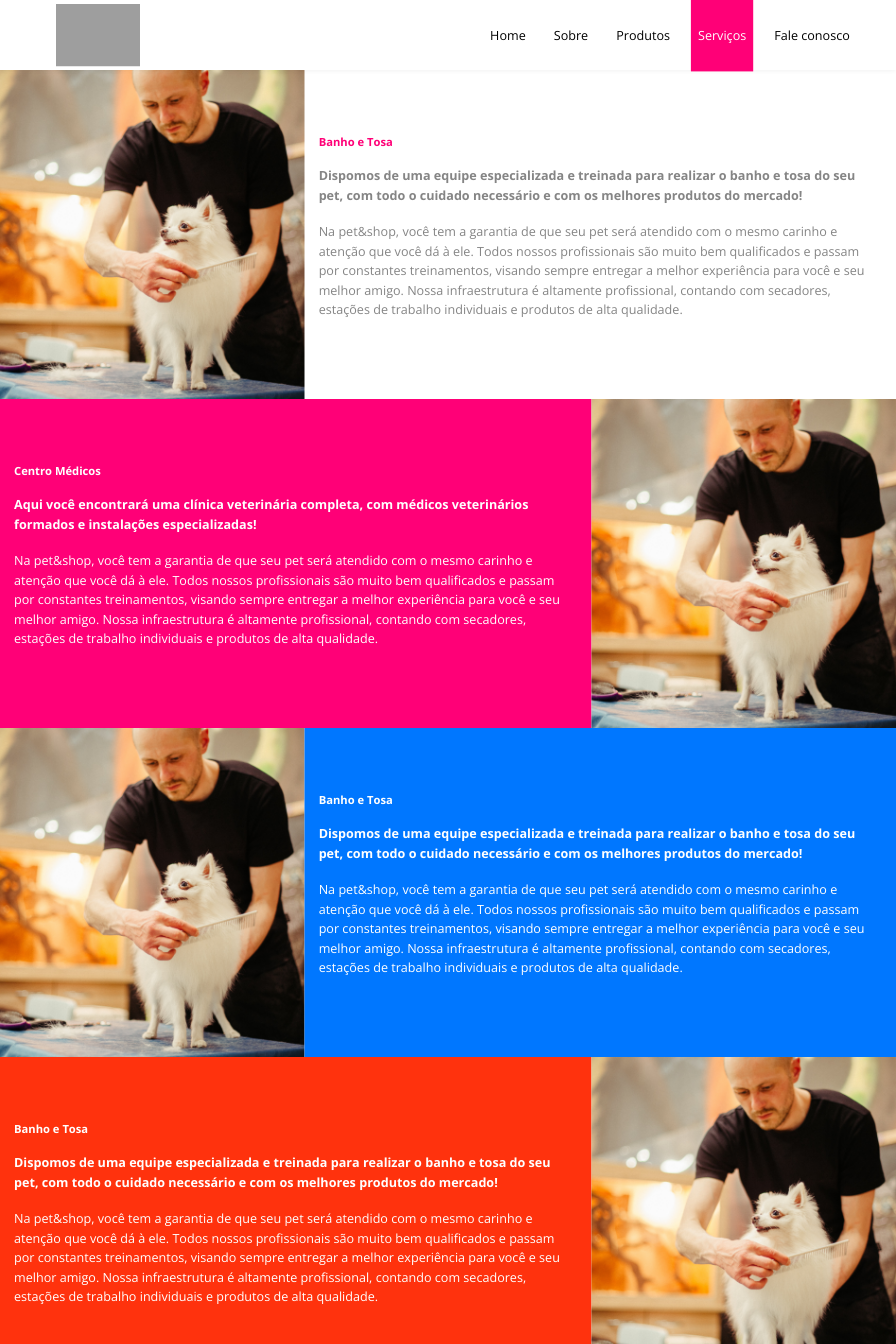
Repository: EzequielKaiber/pet-e-shop
Page: servicos.html
These files come from the project's save history. The page is drawn as it stood at one moment and after the next save; the edit follows.
The browser window is 1280 px wide. The pictures show the part of the page from y = 0 to 1920 px (the page is 3884 px tall), at 70% of full size.
Pictures or frames that could not be fetched are drawn as grey boxes.

Above is the page before, as saved 2022-04-26 13:07:38.

### servicos.html
<!DOCTYPE html>
<html lang="en">
<head>
    <meta charset="UTF-8">
    <meta http-equiv="X-UA-Compatible" content="IE=edge">
    <meta name="viewport" content="width=device-width, initial-scale=1.0">
    <title>Produtos</title>
    <link rel="stylesheet" href="css/header.css">
    <link rel="stylesheet" href="css/style.css">
    <link rel="stylesheet" href="css/footer.css">
    <link href="https://fonts.googleapis.com/css2?family=Open+Sans:wght@400;700&display=swap" rel="stylesheet">
</head>
<body class="page-servios">
    <header>
        <div class="container">
            <div class="header-itens">
                <a href="./">
                    <div class="logo" style="background-image: url(img/logo-colored.svg);"></div>
                </a>
                <nav class="menu">
                    <ul>
                        <li>
                            <a href="./index.html">Home</a>
                        </li>
                        <li>
                            <a href="./sobre.html">Sobre</a>
                        </li>
                        <li>
                            <a href="./produtos.html">Produtos</a>
                        </li>
                        <li class="active">
                            <a href="./servicos.html">Serviços</a>
                        </li>
                        <li>
                            <a href="./fale-conosco.html">Fale conosco</a>
                        </li>
                    </ul>
                </nav>
            </div>
        </div>
    </header>
    <div class="servios-list">
        <div class="list-item">
            <div class="left">
                <div class="image" style="background-image: url(img/Serviços/bath-and-groom.jpg);"></div>
            </div>
            <div class="right">
                <h2>Banho e Tosa</h2>
                <p><b>Dispomos de uma equipe especializada e treinada para realizar o banho e tosa do seu pet,
                    com todo o cuidado necessário e com os melhores produtos do mercado!</b></p>
                <p>
                    Na pet&shop, você tem a garantia de que seu pet será atendido com o mesmo carinho e atenção
                    que você dá à ele. Todos nossos profissionais são muito bem qualificados e passam por
                    constantes treinamentos, visando sempre entregar a melhor experiência para você e seu melhor
                    amigo. Nossa infraestrutura é altamente profissional, contando com secadores, estações de
                    trabalho individuais e produtos de alta qualidade.
                </p>
            </div>
        </div>
        <div class="list-item">
            <div class="right rosa white">
                <h2>Centro Médicos</h2>
                <p><b>Aqui você encontrará uma clínica veterinária completa, com médicos veterinários formados e instalações especializadas!</b></p>
                <p>
                    Na pet&shop, você tem a garantia de que seu pet será atendido com o mesmo carinho e atenção
                    que você dá à ele. Todos nossos profissionais são muito bem qualificados e passam por
                    constantes treinamentos, visando sempre entregar a melhor experiência para você e seu melhor
                    amigo. Nossa infraestrutura é altamente profissional, contando com secadores, estações de
                    trabalho individuais e produtos de alta qualidade.
                </p>
            </div>
            <div class="left">
                <div class="image" style="background-image: url(img/Serviços/bath-and-groom.jpg);"></div>
            </div>
        </div>
        <div class="list-item">
            <div class="left">
                <div class="image" style="background-image: url(img/Serviços/bath-and-groom.jpg);"></div>
            </div>
            <div class="right azul white">
                <h2>Banho e Tosa</h2>
                <p><b>Dispomos de uma equipe especializada e treinada para realizar o banho e tosa do seu pet,
                    com todo o cuidado necessário e com os melhores produtos do mercado!</b></p>
                <p>
                    Na pet&shop, você tem a garantia de que seu pet será atendido com o mesmo carinho e atenção
                    que você dá à ele. Todos nossos profissionais são muito bem qualificados e passam por
                    constantes treinamentos, visando sempre entregar a melhor experiência para você e seu melhor
                    amigo. Nossa infraestrutura é altamente profissional, contando com secadores, estações de
                    trabalho individuais e produtos de alta qualidade.
                </p>
            </div>
        </div>
        <div class="list-item">
            <div class="right vermelho white">
                <h2>Banho e Tosa</h2>
                <p><b>Dispomos de uma equipe especializada e treinada para realizar o banho e tosa do seu pet,
                    com todo o cuidado necessário e com os melhores produtos do mercado!</b></p>
                <p>
                    Na pet&shop, você tem a garantia de que seu pet será atendido com o mesmo carinho e atenção
                    que você dá à ele. Todos nossos profissionais são muito bem qualificados e passam por
                    constantes treinamentos, visando sempre entregar a melhor experiência para você e seu melhor
                    amigo. Nossa infraestrutura é altamente profissional, contando com secadores, estações de
                    trabalho individuais e produtos de alta qualidade.
                </p>
            </div>
            <div class="left">
                <div class="image" style="background-image: url(img/Serviços/bath-and-groom.jpg);"></div>
            </div>
        </div>
        <div class="list-item">
            <div class="left">
                <div class="image" style="background-image: url(img/Serviços/bath-and-groom.jpg);"></div>
            </div>
            <div class="right roxo white">
                <h2>Banho e Tosa</h2>
                <p><b>Dispomos de uma equipe especializada e treinada para realizar o banho e tosa do seu pet,
                    com todo o cuidado necessário e com os melhores produtos do mercado!</b></p>
                <p>
                    Na pet&shop, você tem a garantia de que seu pet será atendido com o mesmo carinho e atenção
                    que você dá à ele. Todos nossos profissionais são muito bem qualificados e passam por
                    constantes treinamentos, visando sempre entregar a melhor experiência para você e seu melhor
                    amigo. Nossa infraestrutura é altamente profissional, contando com secadores, estações de
                    trabalho individuais e produtos de alta qualidade.
                </p>
            </div>
        </div>
        <div class="list-item">
            <div class="right verde white">
                <h2>Banho e Tosa</h2>
                <p><b>Dispomos de uma equipe especializada e treinada para realizar o banho e tosa do seu pet,
                    com todo o cuidado necessário e com os melhores produtos do mercado!</b></p>
                <p>
                    Na pet&shop, você tem a garantia de que seu pet será atendido com o mesmo carinho e atenção
                    que você dá à ele. Todos nossos profissionais são muito bem qualificados e passam por
                    constantes treinamentos, visando sempre entregar a melhor experiência para você e seu melhor
                    amigo. Nossa infraestrutura é altamente profissional, contando com secadores, estações de
                    trabalho individuais e produtos de alta qualidade.
                </p>
            </div>
            <div class="left">
                <div class="image" style="background-image: url(img/Serviços/bath-and-groom.jpg);"></div>
            </div>
        </div>
        <div class="list-item">
            <div class="left">
                <div class="image" style="background-image: url(img/Serviços/bath-and-groom.jpg);"></div>
            </div>
            <div class="right cinza white">
                <h2>Banho e Tosa</h2>
                <p><b>Dispomos de uma equipe especializada e treinada para realizar o banho e tosa do seu pet,
                    com todo o cuidado necessário e com os melhores produtos do mercado!</b></p>
                <p>
                    Na pet&shop, você tem a garantia de que seu pet será atendido com o mesmo carinho e atenção
                    que você dá à ele. Todos nossos profissionais são muito bem qualificados e passam por
                    constantes treinamentos, visando sempre entregar a melhor experiência para você e seu melhor
                    amigo. Nossa infraestrutura é altamente profissional, contando com secadores, estações de
                    trabalho individuais e produtos de alta qualidade.
                </p>
            </div>
        </div>
    </div>
    <footer>
        <div class="container">
            <div class="footer-itens">
                <div class="footer-item">
                    <h2>pet&shop</h2>
                    <ul>
                        <li class="title">Contato</li>
                        <li>Estrada sem nome, 1234, Sala 0 Bairro - Cidade / UF</li>
                        <li>12345-678</li>
                        <li><a href="tel:(00) 99999-9999">(00) 99999-9999</a></li>
                        <li><a href="mailto:contato@petshop.com.br">contato@petshop.com.br</a></li>
                    </ul>
                </div>
                <div class="footer-item dflex alg-center jcc f-col">
                    <h1>Horário de funcionamento:</h1>
                    <p>De Segunda a Sexta-feira das 9 às 19hs.</p>
                    <p>Aos Sábados das 9 às 18hs.</p>
                </div>
                <div class="footer-item social-items">
                    <h1>Siga-nos</h1>
                    <div class="social">
                        <a href="#">
                            <svg xmlns="http://www.w3.org/2000/svg" viewBox="0 0 320 512"><!--! Font Awesome Pro 6.1.1 by @fontawesome - https://fontawesome.com License - https://fontawesome.com/license (Commercial License) Copyright 2022 Fonticons, Inc. --><path d="M279.14 288l14.22-92.66h-88.91v-60.13c0-25.35 12.42-50.06 52.24-50.06h40.42V6.26S260.43 0 225.36 0c-73.22 0-121.08 44.38-121.08 124.72v70.62H22.89V288h81.39v224h100.17V288z"/></svg>
                        </a>
                        <a href="#">
                            <svg xmlns="http://www.w3.org/2000/svg" viewBox="0 0 448 512"><!--! Font Awesome Pro 6.1.1 by @fontawesome - https://fontawesome.com License - https://fontawesome.com/license (Commercial License) Copyright 2022 Fonticons, Inc. --><path d="M224.1 141c-63.6 0-114.9 51.3-114.9 114.9s51.3 114.9 114.9 114.9S339 319.5 339 255.9 287.7 141 224.1 141zm0 189.6c-41.1 0-74.7-33.5-74.7-74.7s33.5-74.7 74.7-74.7 74.7 33.5 74.7 74.7-33.6 74.7-74.7 74.7zm146.4-194.3c0 14.9-12 26.8-26.8 26.8-14.9 0-26.8-12-26.8-26.8s12-26.8 26.8-26.8 26.8 12 26.8 26.8zm76.1 27.2c-1.7-35.9-9.9-67.7-36.2-93.9-26.2-26.2-58-34.4-93.9-36.2-37-2.1-147.9-2.1-184.9 0-35.8 1.7-67.6 9.9-93.9 36.1s-34.4 58-36.2 93.9c-2.1 37-2.1 147.9 0 184.9 1.7 35.9 9.9 67.7 36.2 93.9s58 34.4 93.9 36.2c37 2.1 147.9 2.1 184.9 0 35.9-1.7 67.7-9.9 93.9-36.2 26.2-26.2 34.4-58 36.2-93.9 2.1-37 2.1-147.8 0-184.8zM398.8 388c-7.8 19.6-22.9 34.7-42.6 42.6-29.5 11.7-99.5 9-132.1 9s-102.7 2.6-132.1-9c-19.6-7.8-34.7-22.9-42.6-42.6-11.7-29.5-9-99.5-9-132.1s-2.6-102.7 9-132.1c7.8-19.6 22.9-34.7 42.6-42.6 29.5-11.7 99.5-9 132.1-9s102.7-2.6 132.1 9c19.6 7.8 34.7 22.9 42.6 42.6 11.7 29.5 9 99.5 9 132.1s2.7 102.7-9 132.1z"/></svg>
                        </a>
                        <a href="#">
                            <svg xmlns="http://www.w3.org/2000/svg" viewBox="0 0 448 512"><!--! Font Awesome Pro 6.1.1 by @fontawesome - https://fontawesome.com License - https://fontawesome.com/license (Commercial License) Copyright 2022 Fonticons, Inc. --><path d="M448,209.91a210.06,210.06,0,0,1-122.77-39.25V349.38A162.55,162.55,0,1,1,185,188.31V278.2a74.62,74.62,0,1,0,52.23,71.18V0l88,0a121.18,121.18,0,0,0,1.86,22.17h0A122.18,122.18,0,0,0,381,102.39a121.43,121.43,0,0,0,67,20.14Z"/></svg>
                        </a>
                        <a href="#">
                            <svg xmlns="http://www.w3.org/2000/svg" viewBox="0 0 512 512"><!--! Font Awesome Pro 6.1.1 by @fontawesome - https://fontawesome.com License - https://fontawesome.com/license (Commercial License) Copyright 2022 Fonticons, Inc. --><path d="M459.37 151.716c.325 4.548.325 9.097.325 13.645 0 138.72-105.583 298.558-298.558 298.558-59.452 0-114.68-17.219-161.137-47.106 8.447.974 16.568 1.299 25.34 1.299 49.055 0 94.213-16.568 130.274-44.832-46.132-.975-84.792-31.188-98.112-72.772 6.498.974 12.995 1.624 19.818 1.624 9.421 0 18.843-1.3 27.614-3.573-48.081-9.747-84.143-51.98-84.143-102.985v-1.299c13.969 7.797 30.214 12.67 47.431 13.319-28.264-18.843-46.781-51.005-46.781-87.391 0-19.492 5.197-37.36 14.294-52.954 51.655 63.675 129.3 105.258 216.365 109.807-1.624-7.797-2.599-15.918-2.599-24.04 0-57.828 46.782-104.934 104.934-104.934 30.213 0 57.502 12.67 76.67 33.137 23.715-4.548 46.456-13.32 66.599-25.34-7.798 24.366-24.366 44.833-46.132 57.827 21.117-2.273 41.584-8.122 60.426-16.243-14.292 20.791-32.161 39.308-52.628 54.253z"/></svg>
                        </a>
                        <a href="#">
                            <svg xmlns="http://www.w3.org/2000/svg" viewBox="0 0 576 512"><!--! Font Awesome Pro 6.1.1 by @fontawesome - https://fontawesome.com License - https://fontawesome.com/license (Commercial License) Copyright 2022 Fonticons, Inc. --><path d="M549.655 124.083c-6.281-23.65-24.787-42.276-48.284-48.597C458.781 64 288 64 288 64S117.22 64 74.629 75.486c-23.497 6.322-42.003 24.947-48.284 48.597-11.412 42.867-11.412 132.305-11.412 132.305s0 89.438 11.412 132.305c6.281 23.65 24.787 41.5 48.284 47.821C117.22 448 288 448 288 448s170.78 0 213.371-11.486c23.497-6.321 42.003-24.171 48.284-47.821 11.412-42.867 11.412-132.305 11.412-132.305s0-89.438-11.412-132.305zm-317.51 213.508V175.185l142.739 81.205-142.739 81.201z"/></svg>
                        </a>
                    </div>
                </div>
            </div>
            <div class="copy">
                <p>© 2022 pet&shop | Todos os direitos reservados. Desenvolvido por <a target="_blank" href="https://www.univates.br/crieti">Crie_TI</a></p>
            </div>
        </div>
    </footer>
</body>
</html>

### css/header.css
* {
    padding: 0;
    margin: 0;
    box-sizing: border-box;
}
header {
    width: 100%;
    height: 100px;
    background-color: #fff;
    box-shadow: 0 3px 6px 0 rgb(0 0 0 / 5%);
    position: fixed;
    top: 0;
    z-index: 999999;
}
header .header-itens {
    display: flex;
    flex-direction: row;
    justify-content: space-between;
    width: 100%;
    height: 100px;
    align-items: center;
}
header .header-itens .logo {
    width: 200px;
    height: 90px;
    background-position: center;
    background-repeat: no-repeat;
    background-size: contain;
}
header .header-itens .menu {
    display: flex;
    flex-direction: row;
}
header .header-itens .menu ul {
    list-style: none;
    display: flex;
    flex-direction: row;
    margin-right: 16px;
}
header .header-itens .menu ul li {
    height: 100%;
    padding: 38px 10px;
    margin-left: 20px;
}
header .header-itens .menu ul li a {
    font-size: 18px;
    line-height: 28px;
    color: #000;
    text-decoration: none;
    transition: ease-in-out 0.32s;
}
header .header-itens .menu ul li a:hover {
    transition: ease-in-out 0.32s;
    color: #f07;
}
header .header-itens .menu ul li.active {
    background-color: #f07;
}
header .header-itens .menu ul li.active a {
    color: #fff;
}

### css/footer.css
footer {
    background-color: #FF0077;
    padding: 80px 0;
}
footer .footer-itens {
    display: flex;
    flex-direction: row;
    justify-content: space-between;
}
footer .footer-itens .footer-item {
    width: calc(33% - 15px);
    height: fit-content;
}
footer .footer-itens .footer-item h2 {
    font-size: 32px;
    line-height: 42px;
    color: #fff;
    margin-bottom: 50px;
}
footer .footer-itens .footer-item ul {
    list-style: none;
    display: flex;
    flex-direction: column;
}
footer .footer-itens .footer-item ul li.title {
    font-size: 18px;
    line-height: 28px;
    color: #fff;
    font-weight: bold;
    margin-bottom: 30px;
}
footer .footer-itens .footer-item ul li {
    font-size: 16px;
    line-height: 26px;
    color: #fff;
}
footer .footer-itens .footer-item ul li a {
    font-size: 16px;
    line-height: 26px;
    color: #fff;
    font-weight: bold;
    text-decoration: none;
}
footer .footer-itens .footer-item h1 {
    font-size: 18px;
    line-height: 28px;
    color: #fff;
    font-weight: bold;
    margin-bottom: 30px;
}
footer .footer-itens .footer-item.social-items {
    align-items: flex-end;
    justify-content: flex-end;
    display: flex;
    flex-direction: column;
}
footer .footer-itens .footer-item p {
    font-size: 16px;
    line-height: 26px;
    color: #fff;
}
footer .footer-itens .footer-item .social {
    display: flex;
    flex-direction: row;
    align-items: flex-end;
}
footer .footer-itens .footer-item .social a {
    display: block;
    height: 30px;
    width: 30px;
    margin-right: 16px;
}
footer .footer-itens .footer-item .social a svg {
    height: 30px;
    width: 30px;
    fill: #fff;
    transition: ease-in-out 0.32s;
    transform: scale(1) rotate(0deg);
}
footer .footer-itens .footer-item .social a:hover svg {
    transform: scale(1.1) rotate(10deg);
    transition: ease-in-out 0.32s;
}
footer .copy {
    display: flex;
    margin-top: 30px;
    flex-direction: row;
    align-items: center;
    justify-content: center;
}
footer .copy p {
    font-size: 14px;
    line-height: 24px;
    color: #fff;
}
footer .copy p a {
    font-size: 14px;
    line-height: 24px;
    color: #fff;
    font-weight: bold;
    text-decoration: none;
}

Loaded but not shown: css/style.css (481 lines, source omitted)

After the next save:
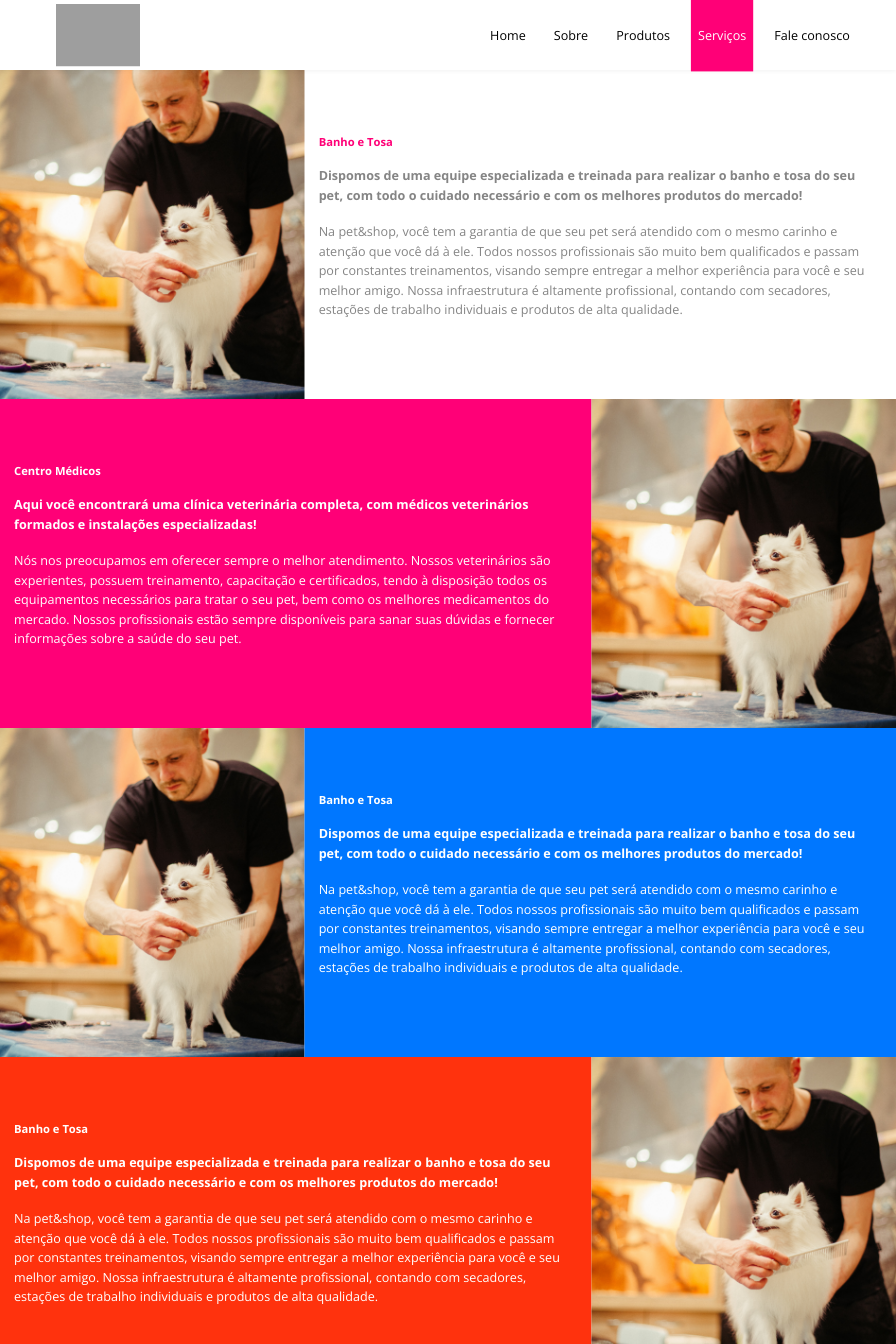
Saved 78 s later.
--- a/servicos.html
+++ b/servicos.html
@@ -62,11 +62,7 @@
                 <h2>Centro Médicos</h2>
                 <p><b>Aqui você encontrará uma clínica veterinária completa, com médicos veterinários formados e instalações especializadas!</b></p>
                 <p>
-                    Na pet&shop, você tem a garantia de que seu pet será atendido com o mesmo carinho e atenção
-                    que você dá à ele. Todos nossos profissionais são muito bem qualificados e passam por
-                    constantes treinamentos, visando sempre entregar a melhor experiência para você e seu melhor
-                    amigo. Nossa infraestrutura é altamente profissional, contando com secadores, estações de
-                    trabalho individuais e produtos de alta qualidade.
+                    Nós nos preocupamos em oferecer sempre o melhor atendimento. Nossos veterinários são experientes, possuem treinamento, capacitação e certificados, tendo à disposição todos os equipamentos necessários para tratar o seu pet, bem como os melhores medicamentos do mercado. Nossos profissionais estão sempre disponíveis para sanar suas dúvidas e fornecer informações sobre a saúde do seu pet.
                 </p>
             </div>
             <div class="left">
